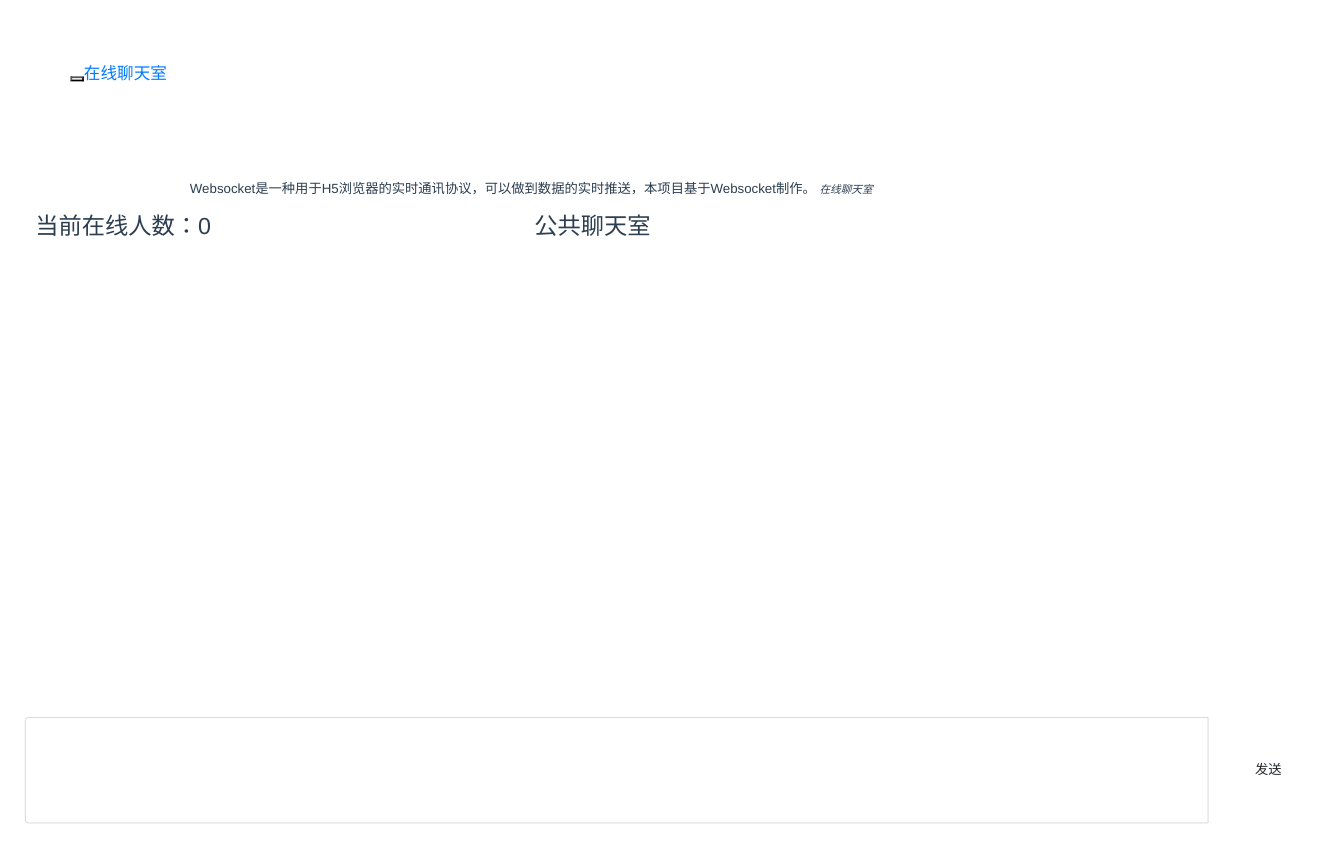
Repository: haohaitao/websocket_project
Page: / (app in frontEnd/vue/)
The author's editor kept a copy of each file at every save. The page is drawn from the files as they stood at one save, then again after the next save.
The browser window is 1280 px wide. The page is 1615 px wide, so the pictures cover 1615 px, including what lies to the right of the window. The pictures show the whole page, at 83% of full size.
The project was rebuilt for these pictures with package versions that can differ from the ones it lists, and the page was loaded fresh each time.

Above is the page before, as saved 2020-01-20 22:38:11.

After the next save:
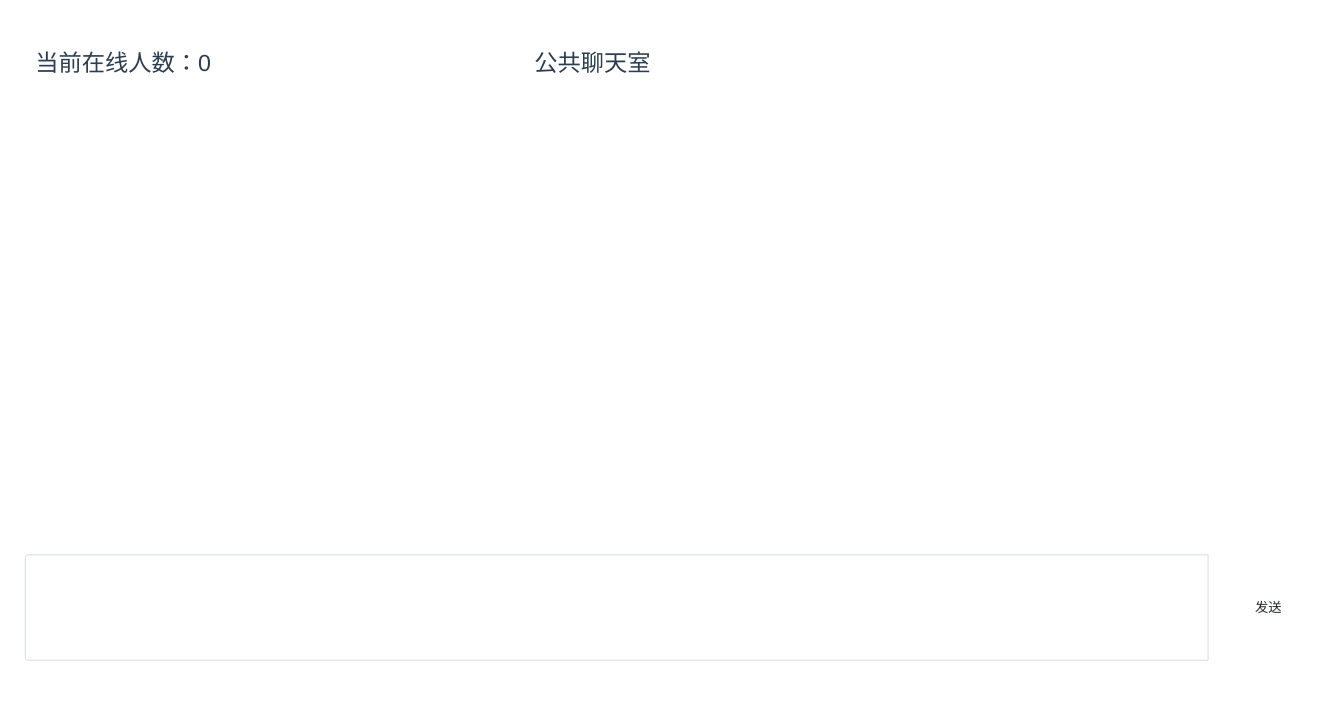
Saved 117 s later.
--- a/frontEnd/vue/src/components/HelloWorld.vue
+++ b/frontEnd/vue/src/components/HelloWorld.vue
@@ -1,34 +1,5 @@
 <template>
 <div>
-    <nav class="navbar navbar-inverse navbar-fixed-top">
-      <div class="container">
-        <div class="navbar-header">
-          <button type="button" class="navbar-toggle collapsed" data-toggle="collapse" data-target="#navbar" aria-expanded="false" aria-controls="navbar">
-            <span class="sr-only">Toggle navigation</span>
-            <span class="icon-bar"></span>
-            <span class="icon-bar"></span>
-            <span class="icon-bar"></span>
-          </button>
-          <a class="navbar-brand" href="#">在线聊天室</a>
-        </div>
-        <div id="navbar" class="navbar-collapse collapse">
-          <div class="navbar-form navbar-right">
-            <div class="form-group">
-              <input type="text" placeholder="输入你的昵称" id="username" class="form-control">
-            </div>
-            <button class="btn btn-success" onclick="btnLink()">连接</button>
-            <button class="btn btn-danger" id="linkState" disabled="disabled" onclick="closeBtn()">断开</button>
-        </div>
-        </div><!--/.navbar-collapse -->
-      </div>
-    </nav>
-
-    <!-- Main jumbotron for a primary marketing message or call to action -->
-<blockquote style="margin-top: 100px;text-align: center;">
-	Websocket是一种用于H5浏览器的实时通讯协议，可以做到数据的实时推送，本项目基于Websocket制作。
-	<small><cite title="Source Title">在线聊天室</cite></small>
-</blockquote>
-
 <div style="margin:0 auto;text-align:center;" class="col-xs-12 col-sm-12">
 
    <div class="row">
